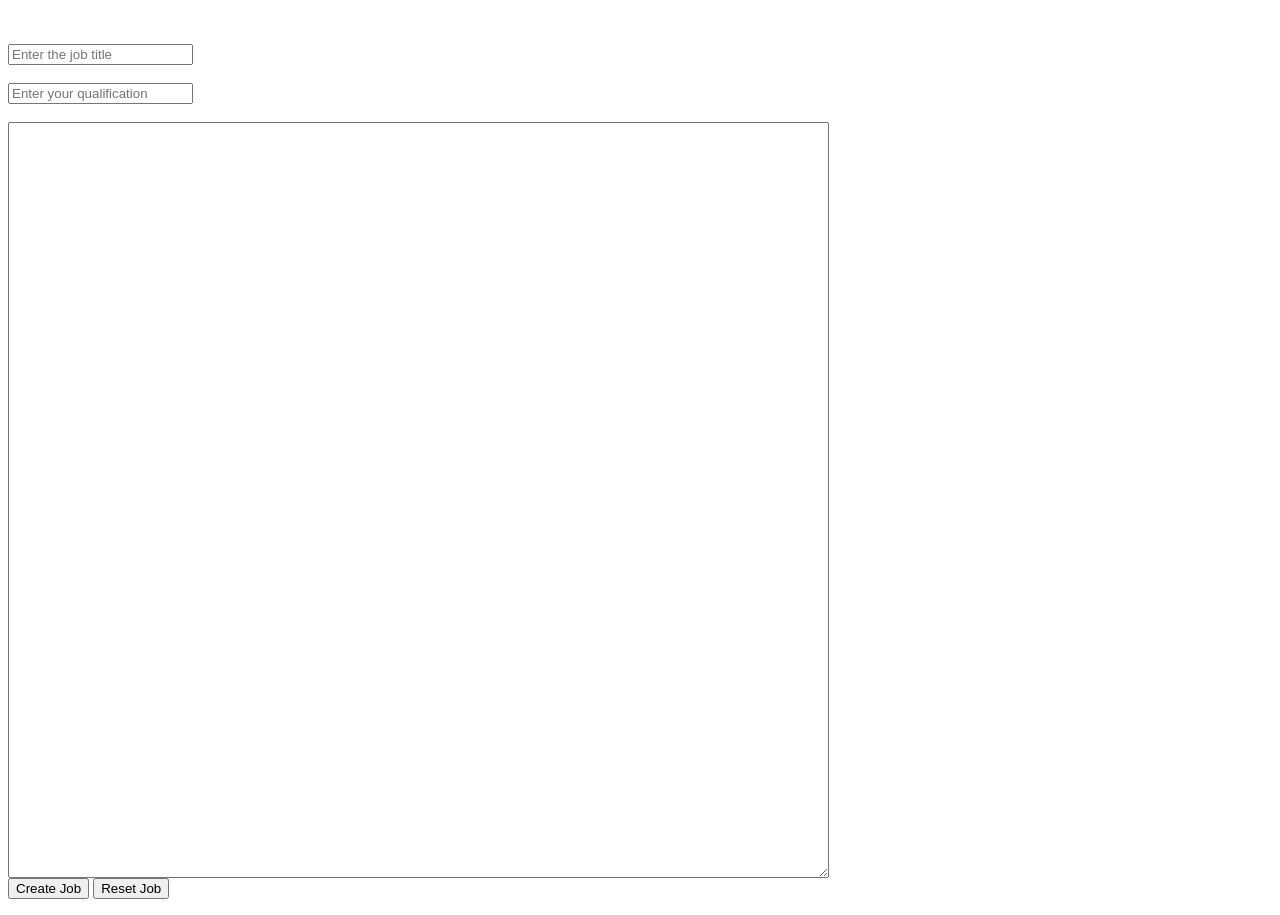
Repository: shailaja1601/collaborative_project
Page: CollabarationFrontEnd/WebContent/job/post_job.html
An editor plug-in stored every save of this project. The page is shown before and after the next save, followed by the edit.
The browser window is 1280 px wide. The pictures show the whole page.

Above is the page before, as saved 2017-02-07 19:32:09.

### CollabarationFrontEnd/WebContent/job/post_job.html
<html>
<head>
<style type="text/css">
.panel{
 border-radius: 20px;
background-color:rgba(255,255,255,0.1);
}

</style>
</head>
<body>

<div data-ng-hide="CurrentUser==''" >
	<div class="generic-container" data-ng-controller="JobController as ctrl">
			<div class="panel">
				<div class="panel-heading" style="color:white">
					<span class="lead">Please fill in the Job Details </span>
				</div>
				<div class="formcontainer">
					<form data-ng-submit="ctrl.submit()" name="myForm"
						class="form-horizontal">

						<div class="row">
							<!-- <div class="form-group col-md-12">
								<label class="col-md-2 control-lable" for="title">Job ID</label>
								<div class="col-md-7">
									<input type="text" data-ng-model="ctrl.job.id" id="id"
										class="title form-control input-sm"
										placeholder="Enter the job id" required data-ng-minlength="3" />
								</div>
							</div> -->
						</div>



						<div class="row">
							<div class="form-group col-md-12">
								<label class="col-md-2 control-lable" for="title" style="color:white">Job Title</label>
								<div class="col-md-7">
									<input type="text" ng-model="ctrl.job.title" id="title"
										class="title form-control input-sm"
										placeholder="Enter the job title" required ng-minlength="3" />
								</div>
							</div>
						</div>


						<div class="row">
							<div class="form-group col-md-12">
								<label class="col-md-2 control-lable" for="qualification" style="color:white">Qualification</label>
								<div class="col-md-7">
									<input type="text" ng-model="ctrl.job.qualification" id="qualification"
										class="title form-control input-sm"
										placeholder="Enter your qualification" required ng-minlength="3" />
								</div>
							</div>
						</div>



						<div class="row">
							<div class="form-group col-md-12">
								<label class="col-md-2 control-lable" for="description" style="color:white">Description</label>
								<div class="col-md-7">
									<textarea rows ="50" cols ="100"
										ng-model="ctrl.job.description" id="description"
										class="form-control input-sm"
										placeholder="Enter Job Description." required>
										</textarea>
								</div>
							</div>
						</div>



						<div class="row">
							<div class="form-actions floatRight">
								<input type="submit" value="Create Job"
									class="btn btn-primary btn-sm">
								<button type="button" ng-click="ctrl.reset()"
									class="btn btn-warning btn-sm">Reset Job</button>
							</div>
						</div>
					</form>
				</div>
			</div>

		</div>
	</div>


</body>
</html>

After the next save:
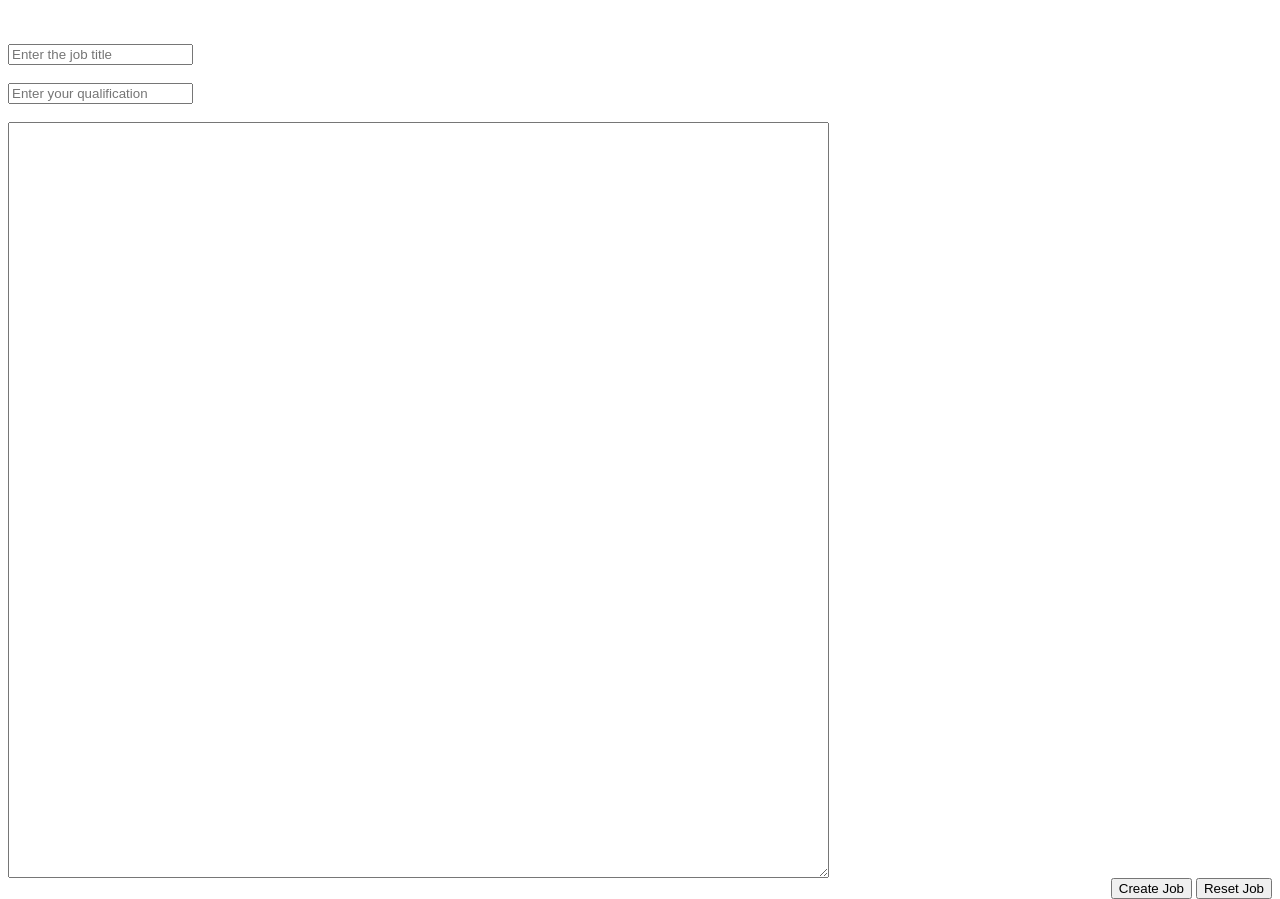
Saved 99 s later.
--- a/CollabarationFrontEnd/WebContent/job/post_job.html
+++ b/CollabarationFrontEnd/WebContent/job/post_job.html
@@ -74,7 +74,7 @@ background-color:rgba(255,255,255,0.1);
 
 
 						<div class="row">
-							<div class="form-actions floatRight">
+							<div class="form-actions" style="float:right">
 								<input type="submit" value="Create Job"
 									class="btn btn-primary btn-sm">
 								<button type="button" ng-click="ctrl.reset()"
